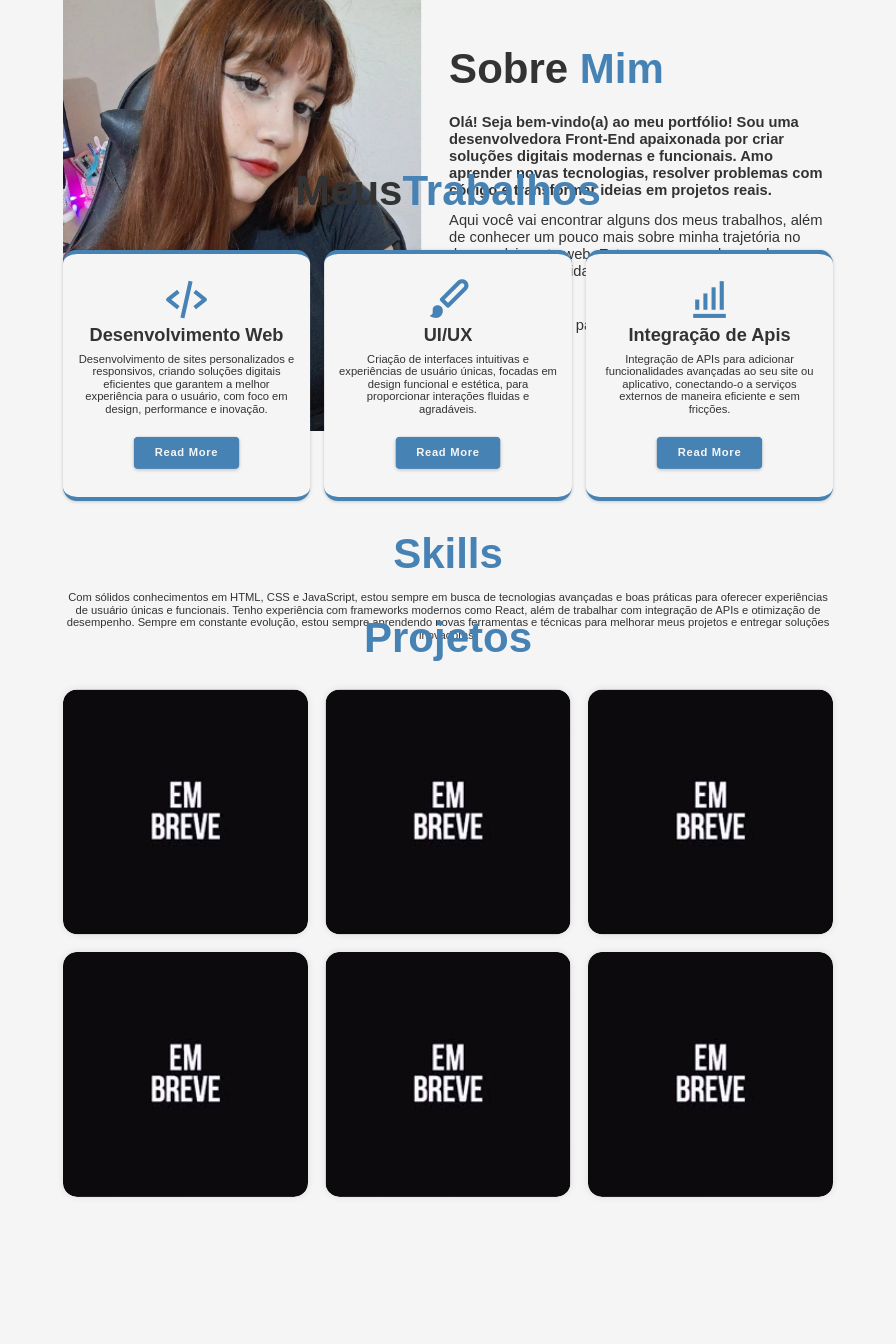
Repository: AliciaKathleen/portfolio-2025
Page: index.html
The author's editor kept a copy of each file at every save. The page is drawn from the files as they stood at one save, then again after the next save.
The browser window is 1280 px wide. The pictures show the part of the page from y = 887 to 2807 px (the page is 3496 px tall before and 3896 px after), at 70% of full size.

Above is the page before, as saved 2025-01-27 17:05:28.
Console error: TypeError: Cannot read properties of null (reading 'classList')

After the next save:
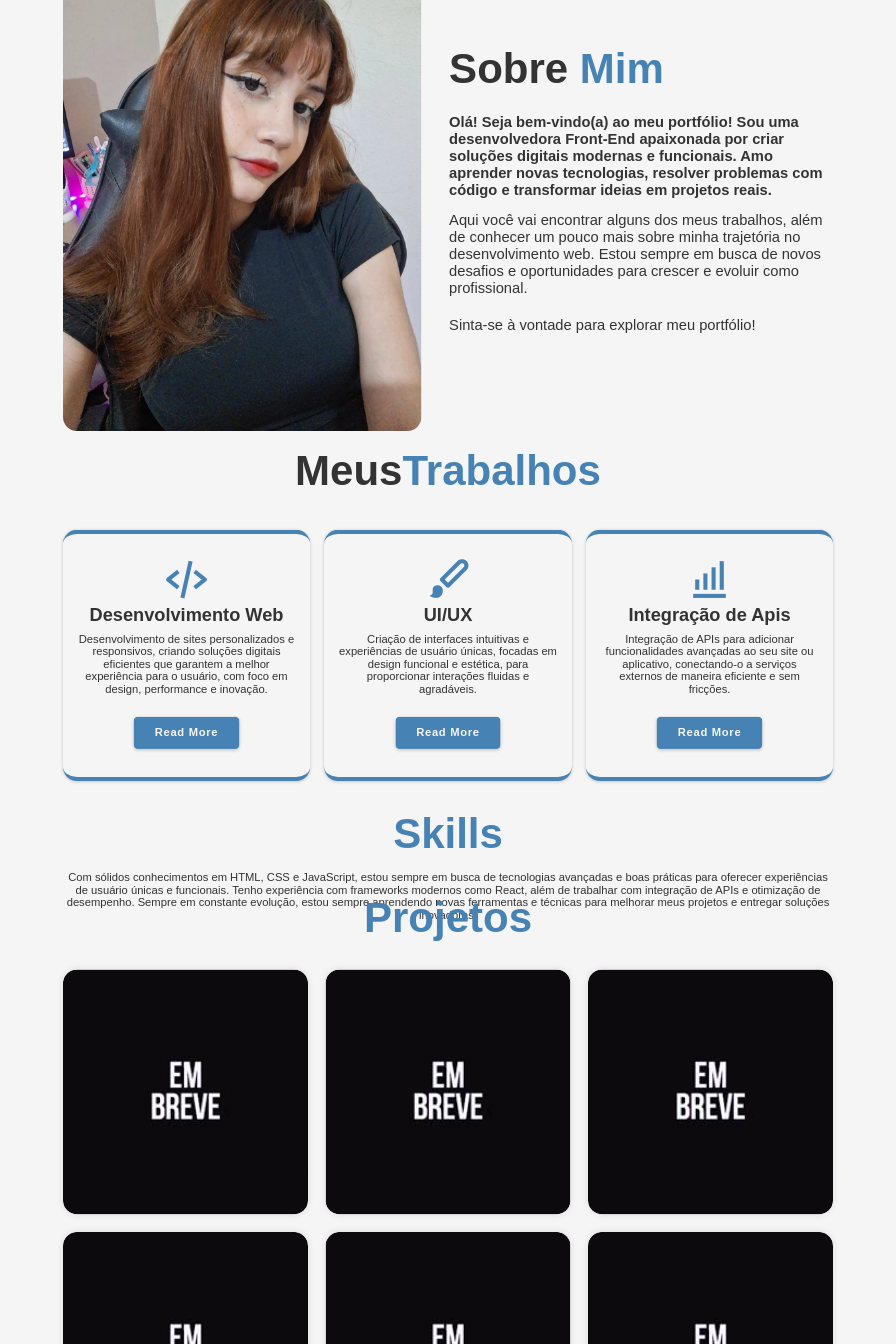
Saved 6 s later.
--- a/style.css
+++ b/style.css
@@ -297,7 +297,7 @@ span {
 .services {
     min-height: auto;
     padding-bottom: 10rem;
-    margin-top: -50rem;
+    margin-top: -10rem;
 }
 
 .services h2 {
